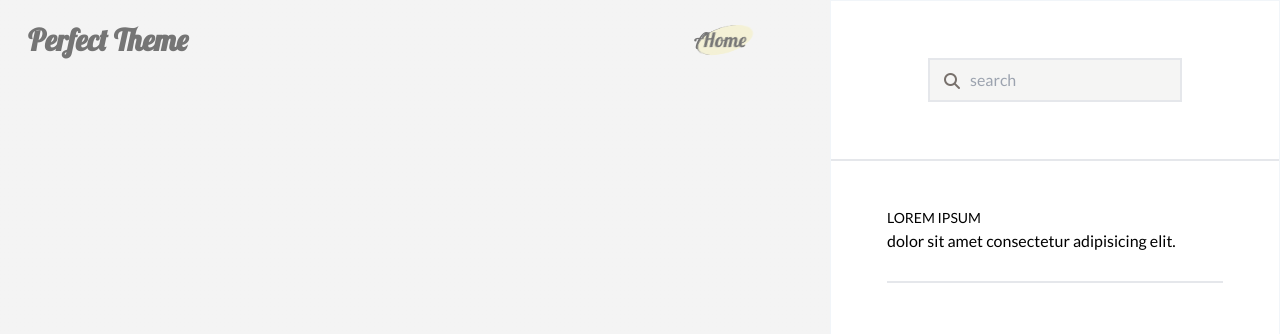
Repository: hsumyatm7308/laravel-blog
Page: blogweb/resources/views/blog/headerlayout.html
The author's editor kept a copy of each file at every save. The page is drawn from the files as they stood at one save, then again after the next save.
The browser window is 1280 px wide. The pictures show the whole page.
Some web libraries are served in a nearby version.

Above is the page before, as saved 2023-09-04 19:18:37.

After the next save:
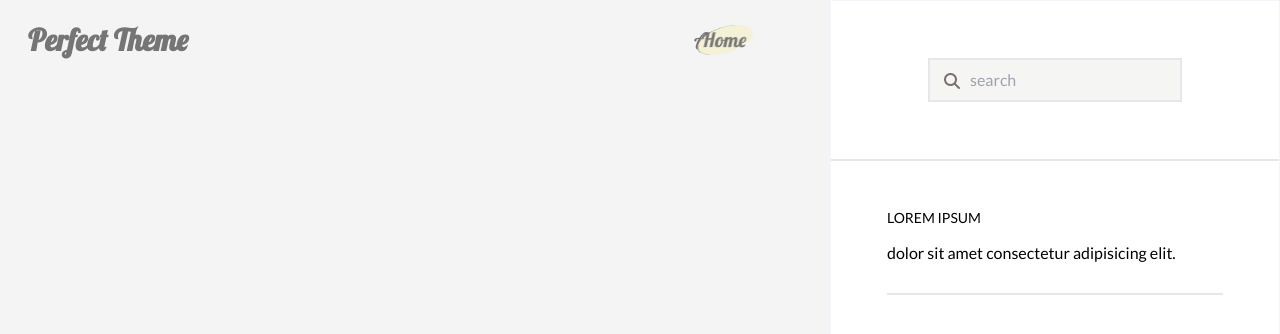
Saved 4 s later.
--- a/blogweb/resources/views/blog/headerlayout.html
+++ b/blogweb/resources/views/blog/headerlayout.html
@@ -145,7 +145,7 @@
                 <div class="px-14 py-4">
                     <li class="list-none border-b-2 py-7">
                         <a href="" class="uppercase text-sm">Lorem ipsum</a>
-                        <p>dolor sit amet consectetur adipisicing elit.</p>
+                        <p class="mt-3">dolor sit amet consectetur adipisicing elit.</p>
 
                     </li>
                 </div>
